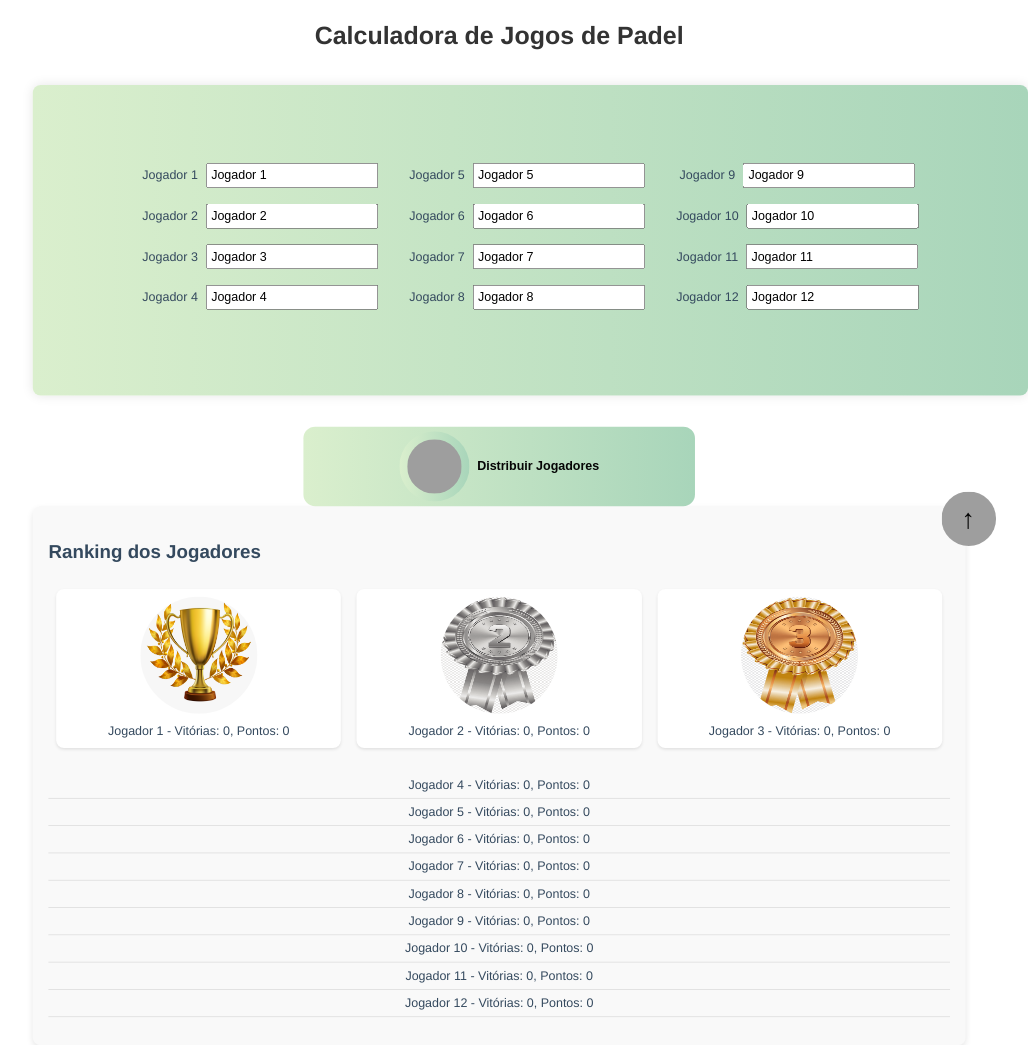
Repository: MarcioMiguel22/PadelMaster
Page: /calculadora
An editor plug-in stored every save of this project. The page is shown before and after the next save, followed by the edit.
The browser window is 1280 px wide. The page is 1318 px wide, then 1280 px, so the pictures cover 1318 px, including what lies to the right of the window. The pictures show the whole page, at 78% of full size.
Pictures or frames that could not be fetched are drawn as grey boxes. The project was rebuilt for these pictures with package versions that can differ from the ones it lists, and the page was loaded fresh each time. Also part of the build but not shown: vite.config.ts, src/pages/Home/Home.tsx, src/components/components_calculadora/Campo.tsx, src/components/components_calculadora/Jogo.tsx, src/pages/Player/playerComponent.tsx, src/index.css.

Above is the page before, as saved 2024-06-16 10:28:07.

After the next save:
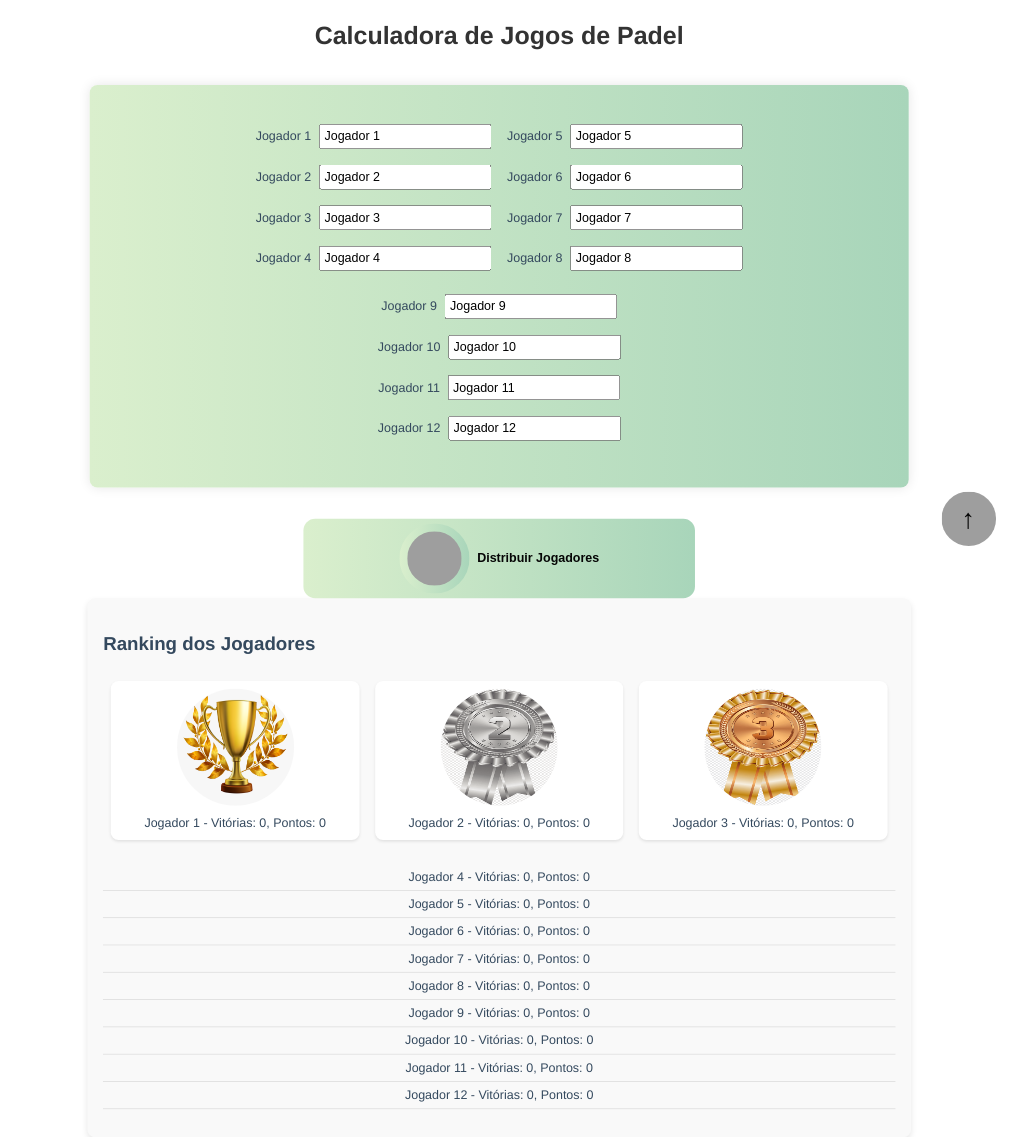
Saved 88 s later.
--- a/src/pages/Calculadora/Calculadora.css
+++ b/src/pages/Calculadora/Calculadora.css
@@ -14,11 +14,12 @@
   display: flex;
   flex-direction: row;
   justify-content: center;
-  gap: 40px;
+  flex-wrap: wrap;
+  gap: 20px;
   width: 90%;
   max-width: 1100px;
   margin: 0 auto;
-  padding: 100px;
+  padding: 50px;
   border-radius: 10px;
   box-shadow: 0 0 15px rgba(0, 0, 0, 0.1);
 }
